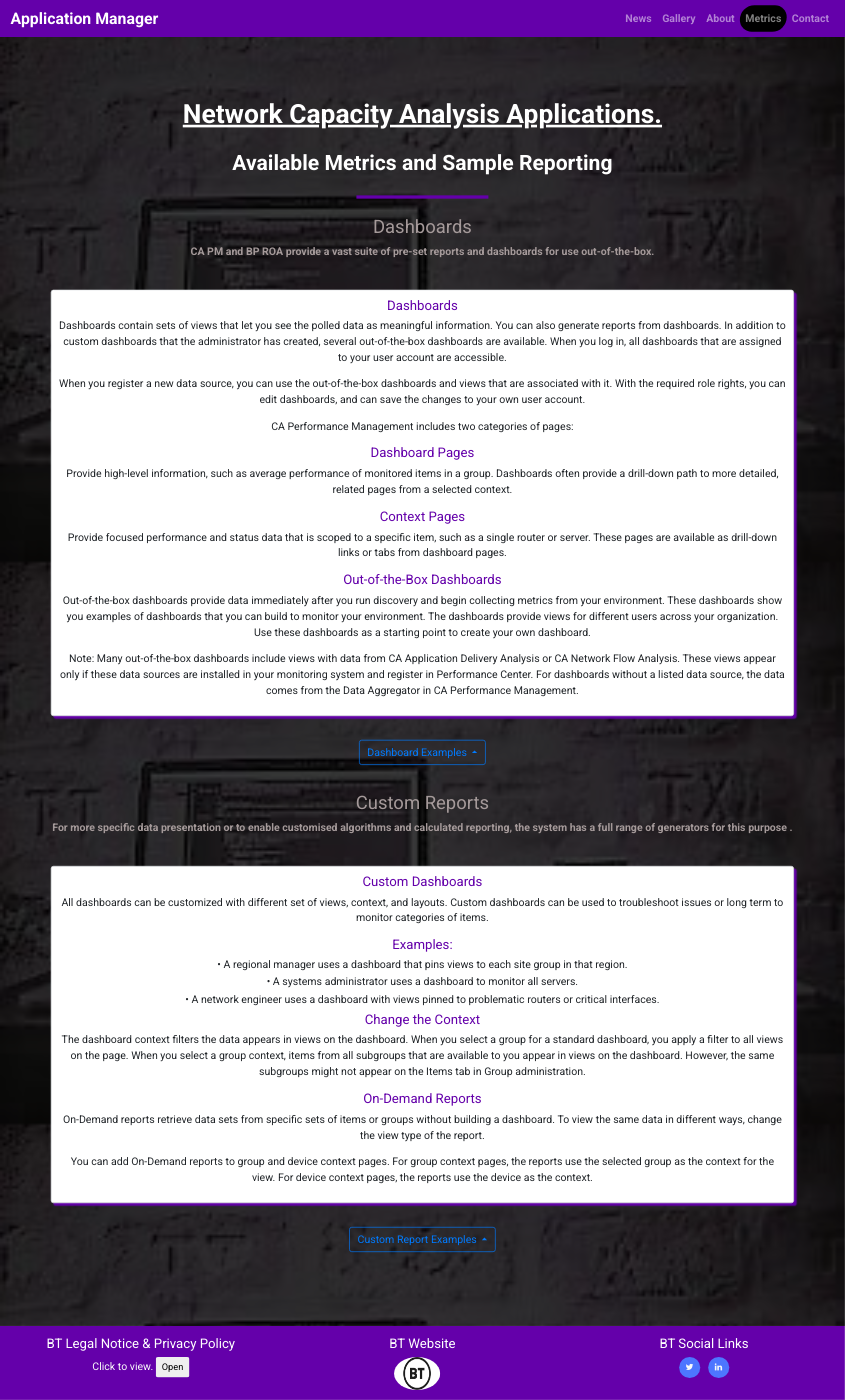
Repository: Mofarrell1967/Application-Manager
Page: metrics.html
The author's editor kept a record of every edit. The page is drawn from the files as they stood at one moment, then again after the next edit.
The browser window is 1280 px wide. The pictures show the whole page, at 66% of full size.
Backgrounds fixed to the window are drawn as part of the page. Some web libraries are served in a nearby version.

Above is the page before.

After the next edit:
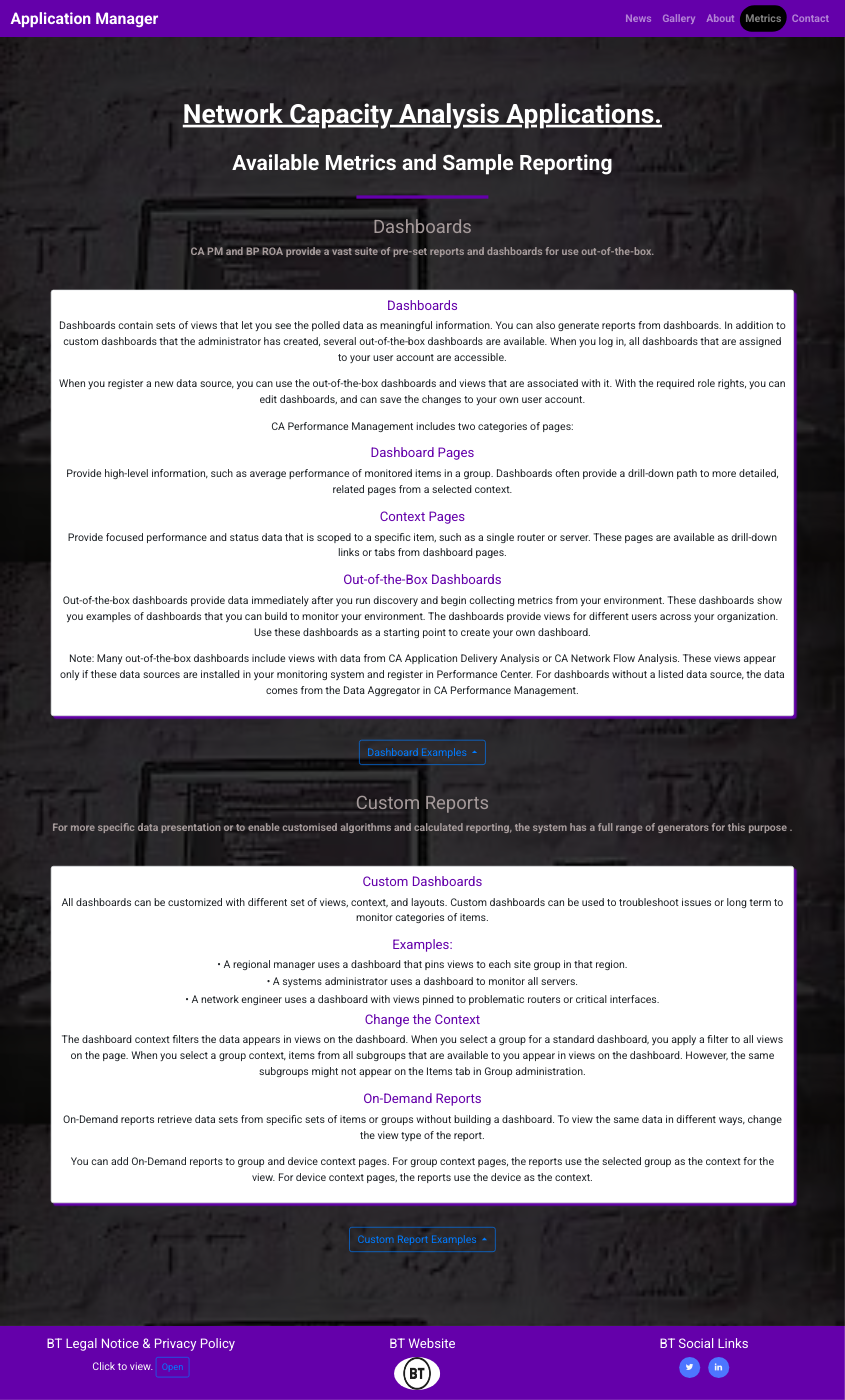
The edit:
--- a/metrics.html
+++ b/metrics.html
@@ -224,7 +224,7 @@
                 <h5 class="uppercase">BT Legal Notice & Privacy Policy</h5>
                 <p class="inline-block">
                     Click to view.
-                    <button class="btn btn-sm" data-toggle="modal" data-target="#PPModal">Open</button></p>
+                    <button class="btn btn-sm btn-outline-primary" data-toggle="modal" data-target="#PPModal">Open</button></p>
             </div>
             <div class="d-none d-sm-block col-sm-4">
                 <h5 class="uppercase">BT Website</h5>
